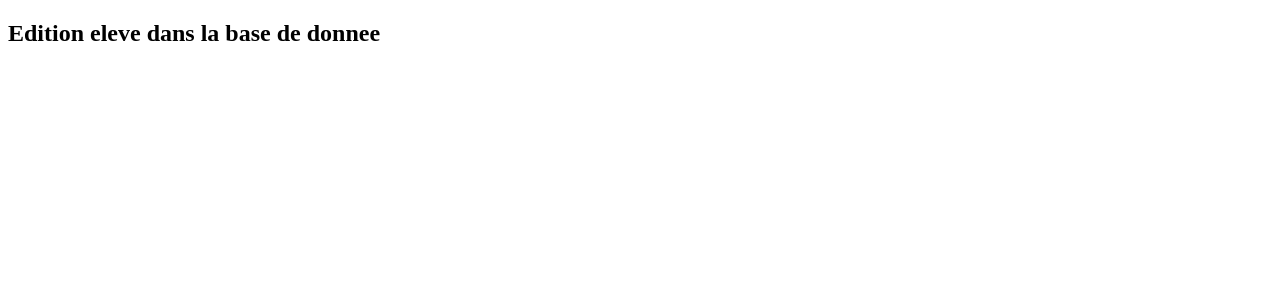
Repository: BlacKKalypso/jee-projet-workspace
Page: http://localhost/InterfaceEcole/views/eleves/edit.jsp
These files come from the project's save history. The page is drawn as it stood at one moment and after the next save; the edit follows.
The browser window is 1280 px wide. The pictures show the whole page.
The page is served by Tomcat 9. Other server files are loaded and not shown.

Above is the page before, as saved 2019-04-07 14:50:28.

### InterfaceEcole/WebContent/views/eleves/edit.jsp
<%@ page language="java" contentType="text/html; charset=ISO-8859-1"
    pageEncoding="ISO-8859-1"%>
<!DOCTYPE html>
<html>
<head>
<meta charset="ISO-8859-1">
<title>Edition eleve</title>
</head>
<body>
<h2>Edition eleve dans la base de donnee</h2>
<form method="post" action="" enctype="multipart/form-data"></form>
</body>
</html>

After the next save:
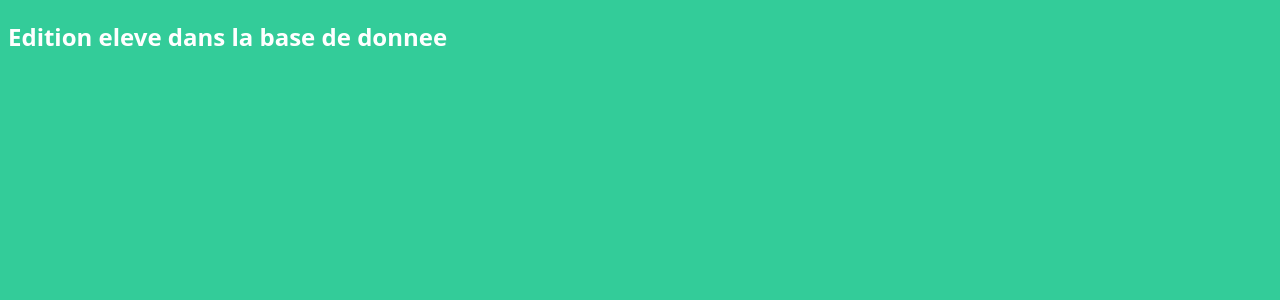
Saved 14 min 32 s later.
--- a/InterfaceEcole/WebContent/views/eleves/edit.jsp
+++ b/InterfaceEcole/WebContent/views/eleves/edit.jsp
@@ -4,6 +4,13 @@
 <html>
 <head>
 <meta charset="ISO-8859-1">
+<style>
+body {
+	background: #33cc99;
+	color: #fff;
+	font-family: 'Open Sans', sans-serif;
+}
+</style>
 <title>Edition eleve</title>
 </head>
 <body>
